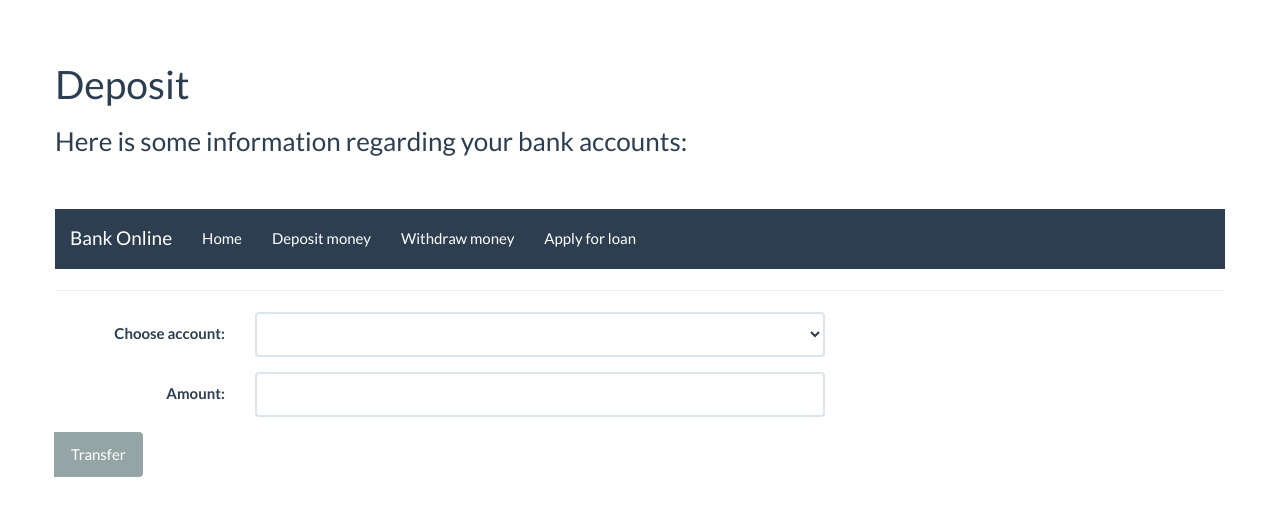
Repository: klitusas/SpringMVCBanking
Page: http://localhost/loans
An editor plug-in stored every save of this project. The page is shown before and after the next save, followed by the edit.
The browser window is 1280 px wide. The pictures show the whole page.
The page is this project's Thymeleaf template; nobody is signed in. The template is opened directly, without the code that normally fills it, so the values that code supplies are empty.

Above is the page before, as saved 2017-03-01 19:32:35.

### banking/src/main/resources/templates/loans.html
<!DOCTYPE HTML>
<html xmlns:th="http://www.thymeleaf.org">
<head>
    <title>Bank Online</title>
    <meta http-equiv="Content-Type" content="text/html; charset=UTF-8" />

	<link rel="stylesheet" href="/bootstrap.min.css" media="screen"/>
</head>
<body>
	<div class="container">
      <div class="page-header" id="banner">
        <div class="row">
          <div>
			<h1>Deposit</h1>
			<h3>Here is some information regarding your bank accounts: </h3>
			<br/>
			<br/>
			<nav class="navbar navbar-default navbar-static-top">
 				 <div class="container">
			  			<div class="navbar-header">
					      <a class="navbar-brand" href="#">Bank Online</a>
					    </div>
					    <ul class="nav navbar-nav">
					      <li><a th:href="@{/accounts}">Home</a></li>
					      <li><a  th:href="@{/deposit}">Deposit money</a></li>
					      <li><a href="#">Withdraw money</a></li>
					      <li><a href="#">Apply for loan</a></li>
					    </ul>
 				 </div>
			</nav>
				<hr/>
            <form class="form-horizontal" th:action="@{/deposit}"  method="post" enctype="multipart/form-data" >
            	<fieldset>
            	    <div class="form-group">
	                    <label class="col-lg-2 control-label">Choose account:</label>
	                    <div class="col-lg-6">
						    <select name="toAccount"  class="form-control">
								<option th:each="account : ${accounts}"
									th:value="${account.id}"
									th:text="${account.label}"></option>
							</select>
	                    </div>
                	</div>
                	<div class="form-group">
	                    <label class="col-lg-2 control-label">Amount:</label>
	                    <div class="col-lg-6">
	                    	<input type="text" class="form-control" name="amount"/>
	                    </div>
                	</div>
                	<span class="input-group-btn">
						<button type="submit" class="btn btn-default">Transfer</button>
					</span>
            	</fieldset>
            </form>
			</div>
		</div>
	</div>
</div>
</body>
</html>

Loaded but not shown: banking/src/main/resources/static/bootstrap.min.css (library)

After the next save:
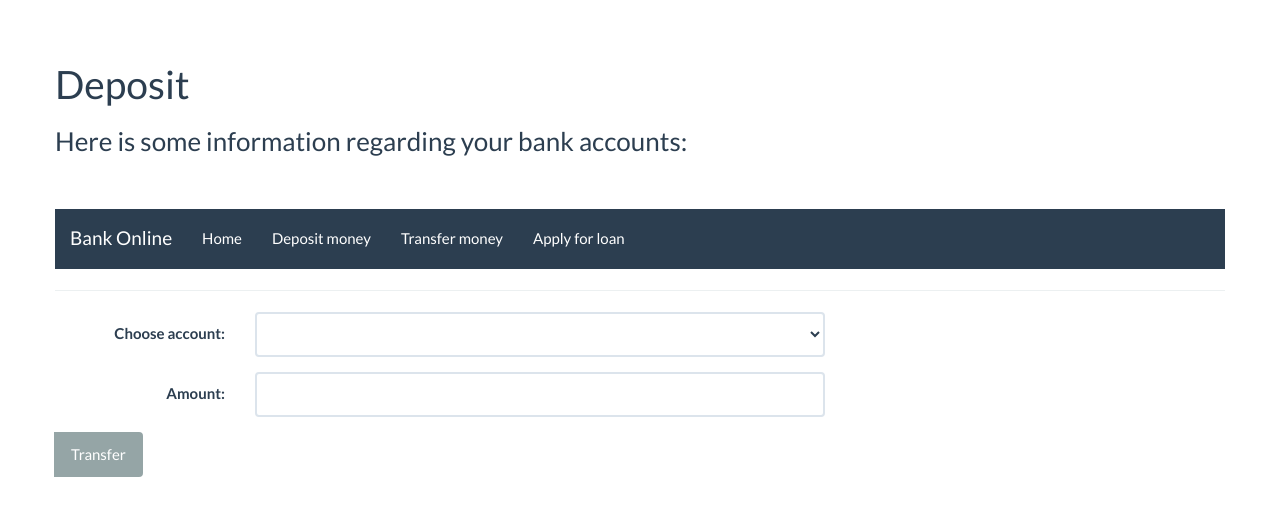
Saved 4 s later.
--- a/banking/src/main/resources/templates/loans.html
+++ b/banking/src/main/resources/templates/loans.html
@@ -23,7 +23,7 @@
 					    <ul class="nav navbar-nav">
 					      <li><a th:href="@{/accounts}">Home</a></li>
 					      <li><a  th:href="@{/deposit}">Deposit money</a></li>
-					      <li><a href="#">Withdraw money</a></li>
+					      <li><a th:href="@{/transfer}">Transfer money</a></li>
 					      <li><a href="#">Apply for loan</a></li>
 					    </ul>
  				 </div>
